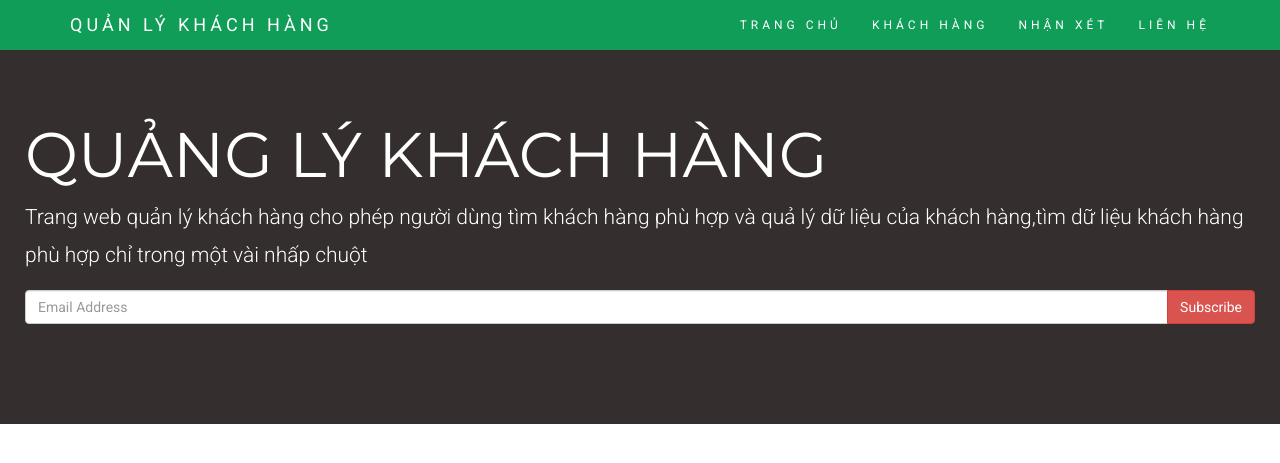
Repository: huutien1904/bt2-ltw
Page: index.html
An editor plug-in stored every save of this project. The page is shown before and after the next save, followed by the edit.
The browser window is 1280 px wide. The pictures show the whole page.

Above is the page before, as saved 2021-11-03 16:22:04.

After the next save:
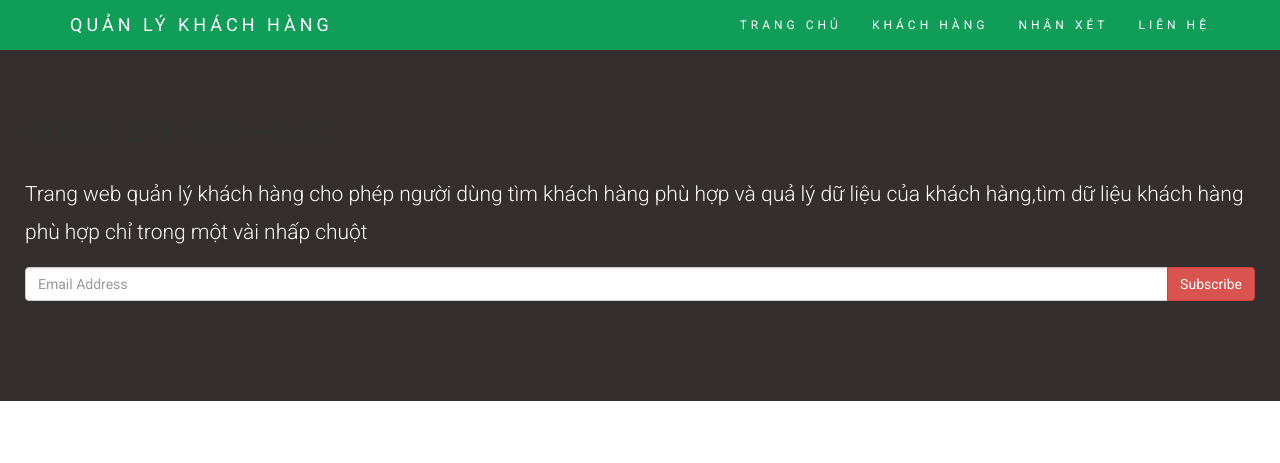
Saved 12 s later.
--- a/index.html
+++ b/index.html
@@ -43,7 +43,7 @@
   <!-- and navbar -->
   <!-- trang chủ -->
     <div class="jumbotron text-left">
-      <h1>QUẢNG LÝ KHÁCH HÀNG</h1>
+      <h2>QUẢNG LÝ KHÁCH HÀNG</h2>
       <p>Trang web quản lý khách hàng cho phép người dùng tìm khách hàng phù hợp và quả lý dữ liệu của khách hàng,tìm dữ liệu khách hàng phù hợp chỉ trong một vài nhấp chuột </p>
       <form>
         <div class="input-group">

After the save that followed:
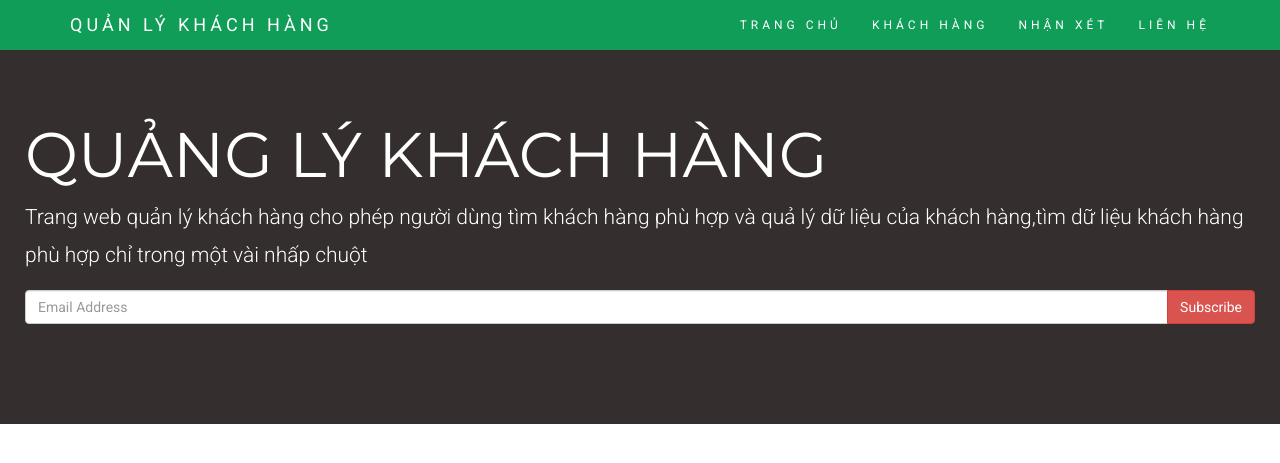
Saved 9 s later.
--- a/index.html
+++ b/index.html
@@ -43,7 +43,7 @@
   <!-- and navbar -->
   <!-- trang chủ -->
     <div class="jumbotron text-left">
-      <h2>QUẢNG LÝ KHÁCH HÀNG</h2>
+      <h1>QUẢNG LÝ KHÁCH HÀNG</h1>
       <p>Trang web quản lý khách hàng cho phép người dùng tìm khách hàng phù hợp và quả lý dữ liệu của khách hàng,tìm dữ liệu khách hàng phù hợp chỉ trong một vài nhấp chuột </p>
       <form>
         <div class="input-group">
